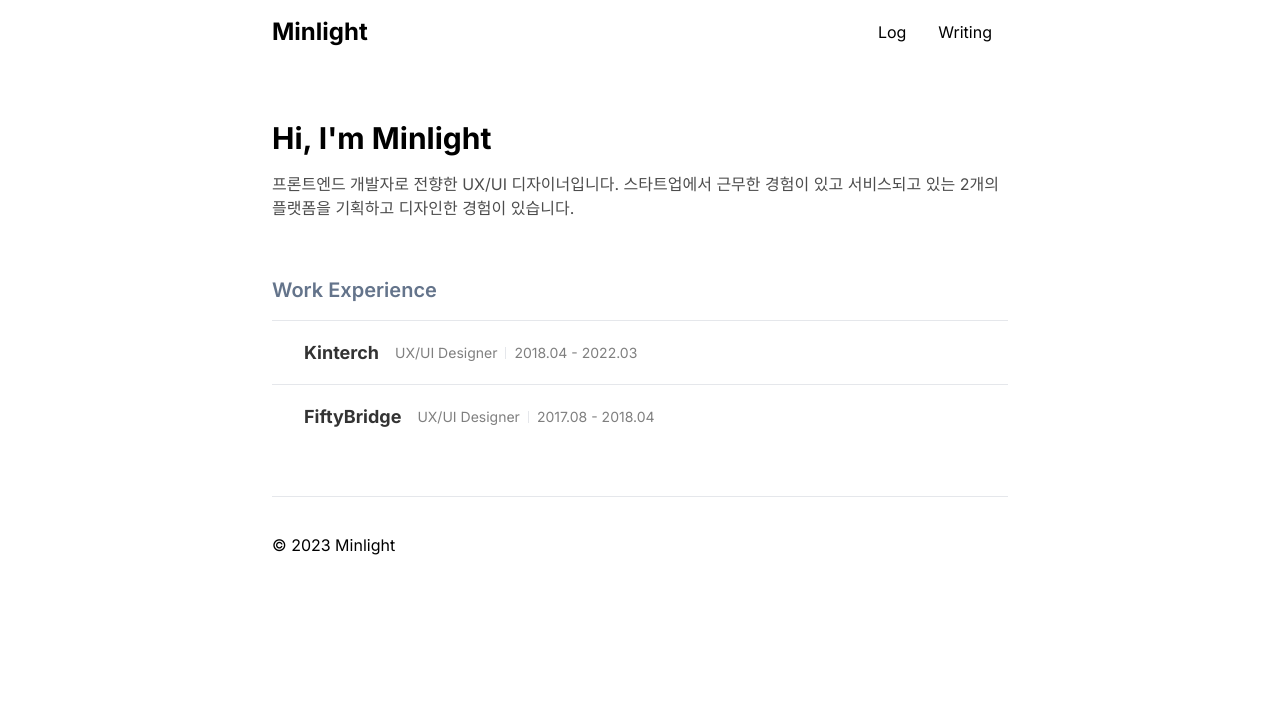
Repository: kwngmin/minlight-log
Page: /
The author's editor kept a copy of each file at every save. The page is drawn from the files as they stood at one save, then again after the next save.
The browser window is 1280 px wide. The pictures show the whole page.
The project was rebuilt for these pictures with package versions that can differ from the ones it lists, and the page was loaded fresh each time. The framework's server and built-in components were replaced by stand-ins that run in the browser. Also part of the build but not shown: next.config.js.

Above is the page before, as saved 2023-04-04 16:31:00.

### src/app/layout.tsx
import "./globals.css";
import Footer from "@/components/Footer";
import Header from "@/components/Header";

import { Inter } from "next/font/google";
const inter = Inter({ subsets: ["latin"] });

export const metadata = {
  title: {
    default: "Minlight",
    template: "Minlight | %s",
  },
  description: "Minlight log",
};

export default function RootLayout({
  children,
}: {
  children: React.ReactNode;
}) {
  return (
    <html lang="en" className={inter.className}>
      <body className="flex flex-col max-w-screen-md mx-auto px-4">
        <Header />
        <main className="">{children}</main>
        <Footer />
      </body>
    </html>
  );
}

### src/app/page.tsx
import Table from "@/components/Table";
import Title from "@/components/Title";

const titleData = {
  title: `Hi, I'm Minlight`,
  description: `프론트엔드 개발자로 전향한 UX/UI 디자이너입니다. 스타트업에서 근무한
경험이 있고 서비스되고 있는 2개의 플랫폼을 기획하고 디자인한 경험이 있습니다.`,
};

const careerData = [
  {
    head: "Kinterch",
    content: "UX/UI Designer",
    period: "2018.04 - 2022.03",
  },
  {
    head: "FiftyBridge",
    content: "UX/UI Designer",
    period: "2017.08 - 2018.04",
  },
];

const educateData = [
  {
    head: "CodeStates",
    content: "Software Engineering Bootcamp · Frontend",
    period: "2022.06 - 2022.12",
  },
  {
    head: "IDAS, Hongik Univeristy",
    content: "Digital Media Design Major · Master of Design",
    period: "2013.03 - 2015.02",
  },
  {
    head: "Kangnam University",
    content: "Visual Design Major · Bachelor of Fine Arts",
    period: "2005.03 - 2012.02",
  },
];

export default function Home() {
  return (
    <section>
      <Title titleData={titleData} />
      <Table tableData={careerData} subject="Work Experience" />
    </section>
  );
}

### src/app/globals.css
@tailwind base;
@tailwind components;
@tailwind utilities;

* {
  box-sizing: border-box;
  padding: 0;
  margin: 0;
}
/*
:root {
  --max-width: 1100px;
  --border-radius: 12px;
  --font-mono: ui-monospace, Menlo, Monaco, "Cascadia Mono", "Segoe UI Mono",
    "Roboto Mono", "Oxygen Mono", "Ubuntu Monospace", "Source Code Pro",
    "Fira Mono", "Droid Sans Mono", "Courier New", monospace;

  --foreground-rgb: 0, 0, 0;
  --background-start-rgb: 214, 219, 220;
  --background-end-rgb: 255, 255, 255;

  --primary-glow: conic-gradient(
    from 180deg at 50% 50%,
    #16abff33 0deg,
    #0885ff33 55deg,
    #54d6ff33 120deg,
    #0071ff33 160deg,
    transparent 360deg
  );
  --secondary-glow: radial-gradient(
    rgba(255, 255, 255, 1),
    rgba(255, 255, 255, 0)
  );

  --tile-start-rgb: 239, 245, 249;
  --tile-end-rgb: 228, 232, 233;
  --tile-border: conic-gradient(
    #00000080,
    #00000040,
    #00000030,
    #00000020,
    #00000010,
    #00000010,
    #00000080
  );

  --callout-rgb: 238, 240, 241;
  --callout-border-rgb: 172, 175, 176;
  --card-rgb: 180, 185, 188;
  --card-border-rgb: 131, 134, 135;
}

@media (prefers-color-scheme: dark) {
  :root {
    --foreground-rgb: 255, 255, 255;
    --background-start-rgb: 0, 0, 0;
    --background-end-rgb: 0, 0, 0;

    --primary-glow: radial-gradient(rgba(1, 65, 255, 0.4), rgba(1, 65, 255, 0));
    --secondary-glow: linear-gradient(
      to bottom right,
      rgba(1, 65, 255, 0),
      rgba(1, 65, 255, 0),
      rgba(1, 65, 255, 0.3)
    );

    --tile-start-rgb: 2, 13, 46;
    --tile-end-rgb: 2, 5, 19;
    --tile-border: conic-gradient(
      #ffffff80,
      #ffffff40,
      #ffffff30,
      #ffffff20,
      #ffffff10,
      #ffffff10,
      #ffffff80
    );

    --callout-rgb: 20, 20, 20;
    --callout-border-rgb: 108, 108, 108;
    --card-rgb: 100, 100, 100;
    --card-border-rgb: 200, 200, 200;
  }
}

* {
  box-sizing: border-box;
  padding: 0;
  margin: 0;
}

html,
body {
  max-width: 100vw;
  overflow-x: hidden;
}

body {
  color: rgb(var(--foreground-rgb));
  background: linear-gradient(
      to bottom,
      transparent,
      rgb(var(--background-end-rgb))
    )
    rgb(var(--background-start-rgb));
}

a {
  color: inherit;
  text-decoration: none;
}

@media (prefers-color-scheme: dark) {
  html {
    color-scheme: dark;
  }
} */

### src/components/Footer.tsx
export default function Footer() {
  return (
    <section className="h-24 flex items-center border-t mt-8">
      © 2023 Minlight
    </section>
  );
}

### src/components/Header.tsx
import Link from "next/link";

const navList = [
  { name: "Log", url: "/log" },
  { name: "Writing", url: "/log" },
];

export default function Header() {
  return (
    <section className="h-16 flex items-center justify-between">
      <Link href="/" className="text-2xl font-bold">
        Minlight
      </Link>
      <nav className="">
        {navList.map(({ name, url }) => (
          <Link href={url} key={name} className="px-4">
            {name}
          </Link>
        ))}
      </nav>
    </section>
  );
}

### src/components/Table.tsx
type Props = {
  tableData: {
    head: string;
    content: string;
    period: string;
  }[];
  subject: string;
};

export default function Table({ tableData, subject }: Props) {
  return (
    <article className="pb-4">
      <h2 className="text-left text-xl font-semibold text-slate-500 pb-6 lg:pb-4">
        {subject}
      </h2>
      <ul>
        {tableData.map(({ head, content, period }) => (
          <li
            key={head}
            className="flex flex-col lg:flex-row lg:items-center justify-center lg:justify-start h-20 lg:h-16 border-t gap-0 lg:gap-4 px-4 lg:px-8 mb-2 lg:mb-0"
          >
            <h3 className="font-bold text-lg text-black/80">{head}</h3>
            <section className="text-black/50 text-sm flex items-center">
              {content}
              <div className="inline-block border-l h-3 mx-2 " />
              {period}
            </section>
          </li>
        ))}
      </ul>
    </article>
  );
}

### src/components/Title.tsx
type TitleData = {
  title: string;
  description: string;
};
export default function Title({ titleData }: { titleData: TitleData }) {
  const { title, description } = titleData;
  return (
    <div className="py-14">
      <h1 className="text-3xl font-bold mb-4">{title}</h1>
      <p className="text-black/70 break-keep">{description}</p>
    </div>
  );
}

Loaded but not shown: tailwind.config.js (common file)

After the next save:
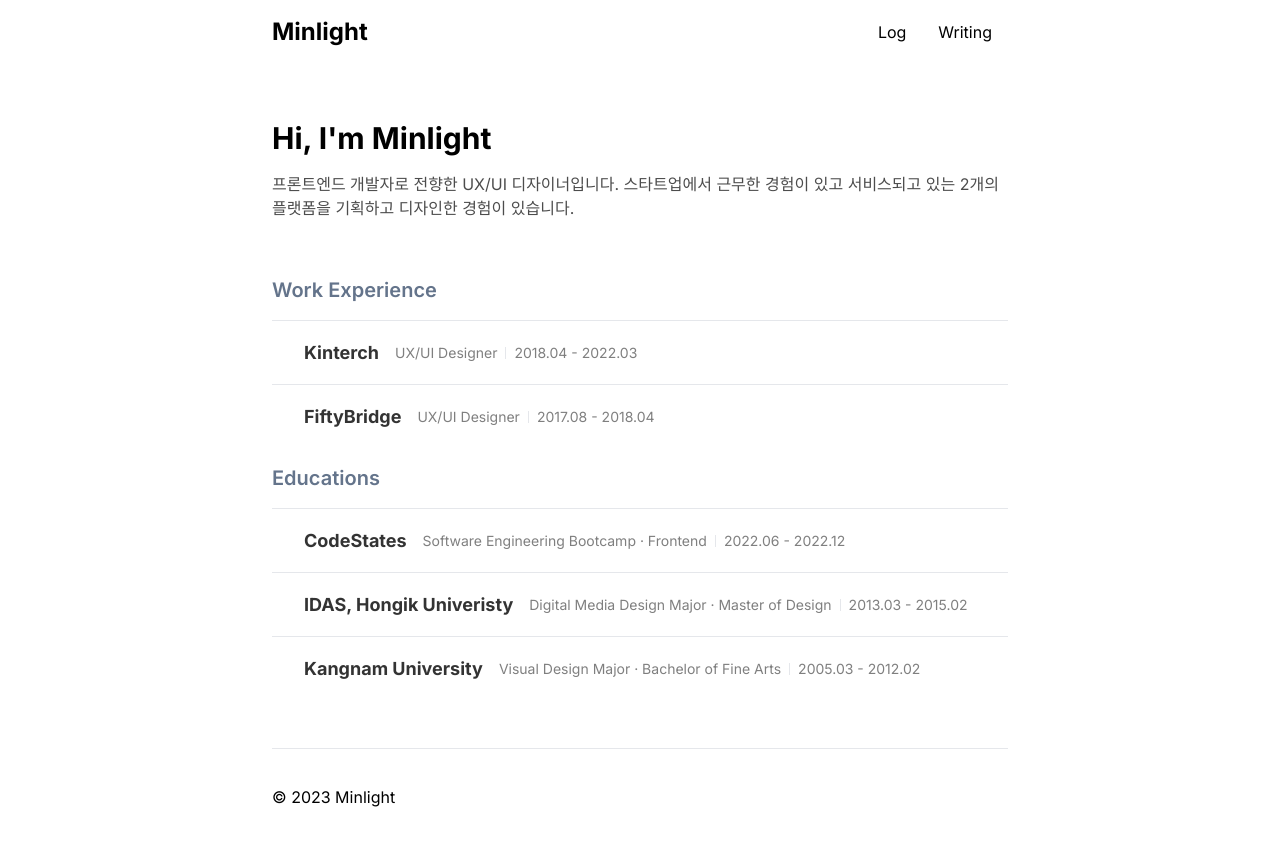
Saved 41 s later.
--- a/src/app/page.tsx
+++ b/src/app/page.tsx
@@ -43,6 +43,7 @@ export default function Home() {
     <section>
       <Title titleData={titleData} />
       <Table tableData={careerData} subject="Work Experience" />
+      <Table tableData={educateData} subject="Educations" />
     </section>
   );
 }
